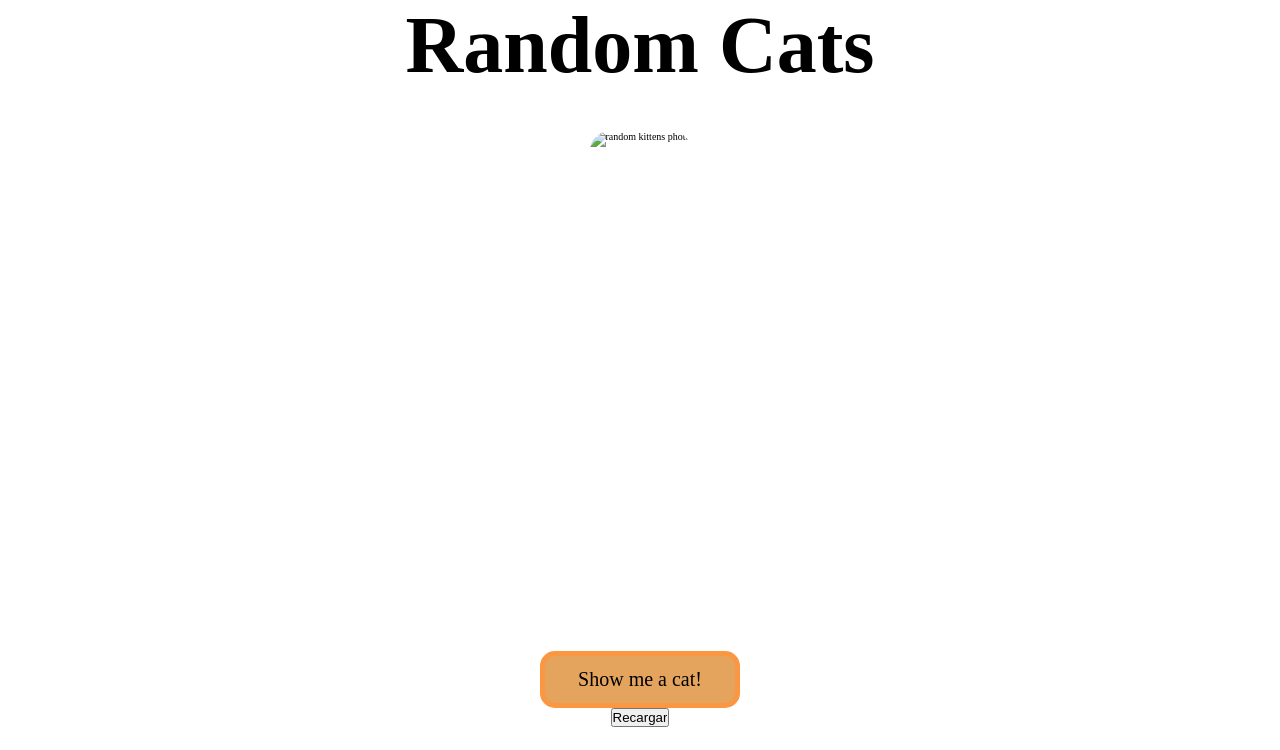
Repository: elto82/ConsumoAPIRESTjs
Page: index.html
The author's editor kept a copy of each file at every save. The page is drawn from the files as they stood at one save, then again after the next save.
The browser window is 1280 px wide. The pictures show the whole page.
The page's requests for data from a server got no answer.

Above is the page before, as saved 2022-07-02 17:39:49.
Console error: ReferenceError: getURL is not defined

After the next save:
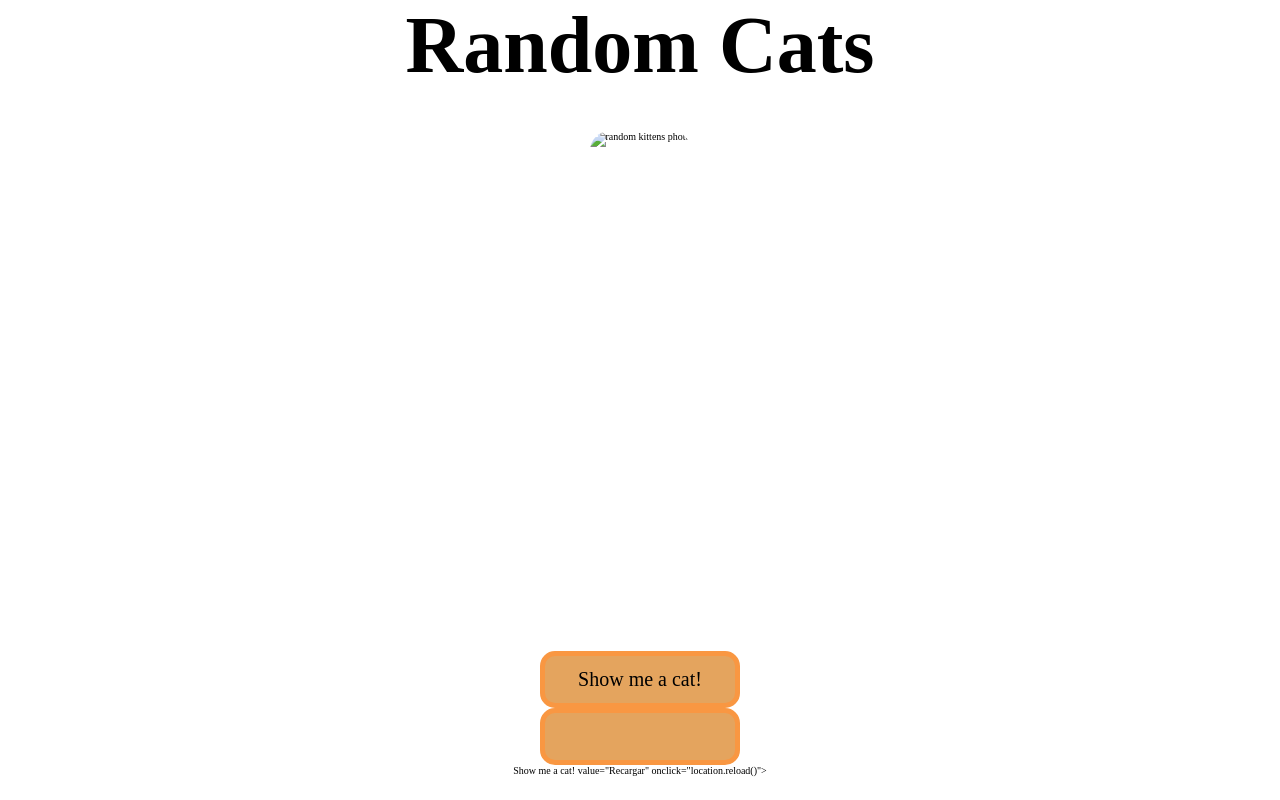
Saved 54 s later.
--- a/index.html
+++ b/index.html
@@ -16,7 +16,7 @@
   <section class="container">
     <img alt="random kittens photo" class="image">
     <button type="button" class="random-cat-button"> Show me a cat!</button>
-    <input type="button" value="Recargar" onclick="location.reload()">
+    <input type="button" class="random-cat-button"> Show me a cat! value="Recargar" onclick="location.reload()">
   </section>
   <script src="./main.js"></script>
 </body>

After the save that followed:
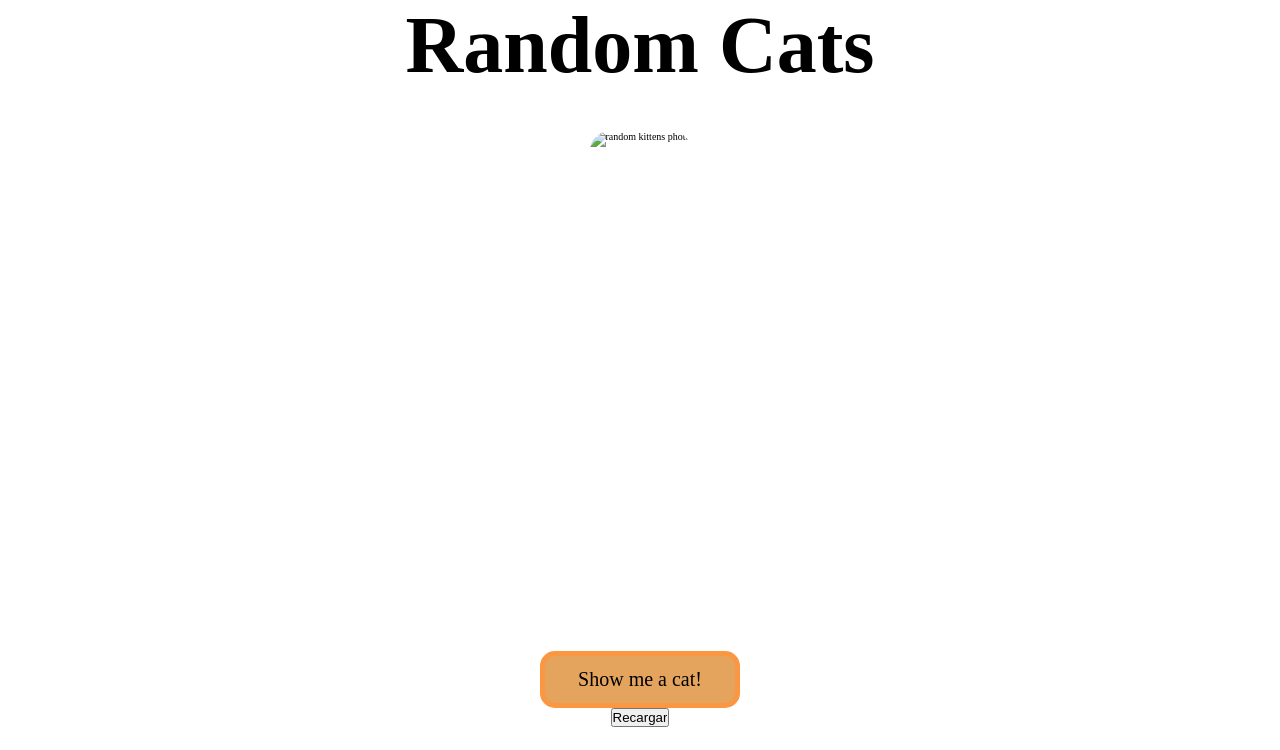
Saved 32 s later.
--- a/index.html
+++ b/index.html
@@ -16,7 +16,7 @@
   <section class="container">
     <img alt="random kittens photo" class="image">
     <button type="button" class="random-cat-button"> Show me a cat!</button>
-    <input type="button" class="random-cat-button"> Show me a cat! value="Recargar" onclick="location.reload()">
+    <input type="button" value="Recargar" onclick="location.reload()">
   </section>
   <script src="./main.js"></script>
 </body>
